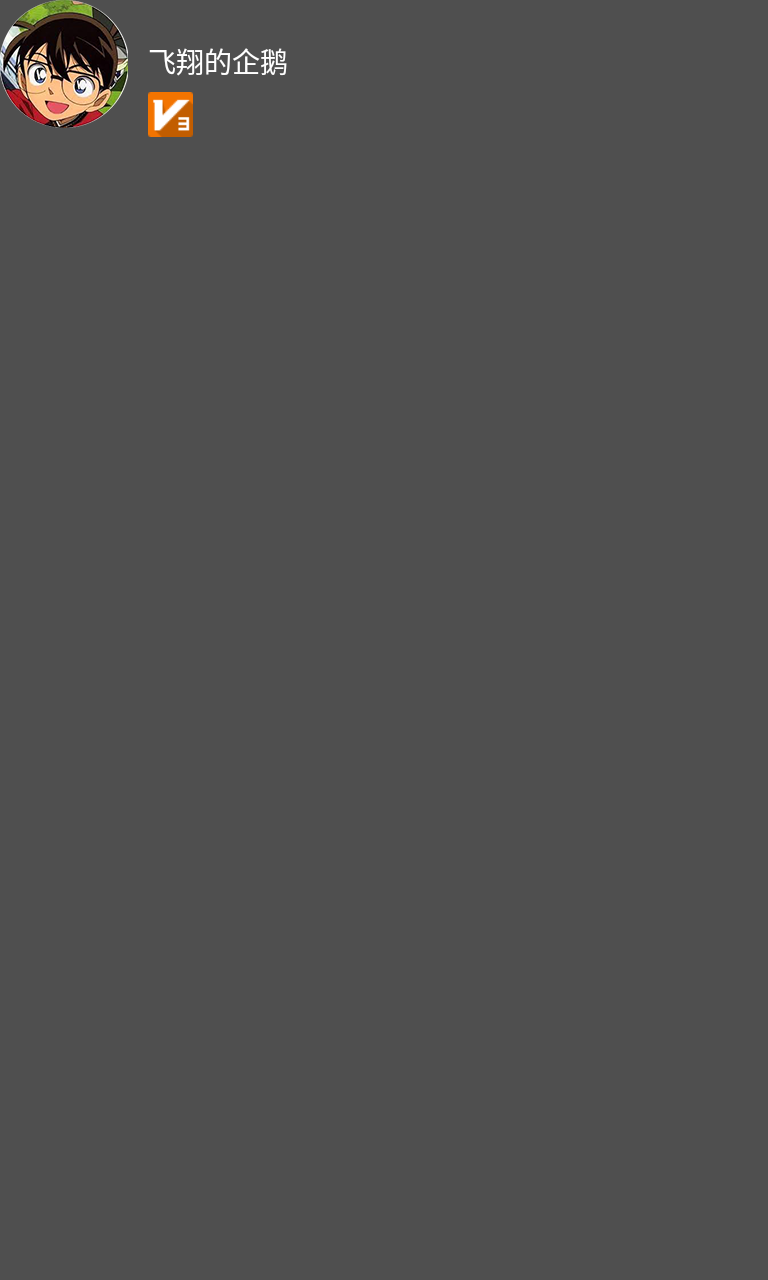
Repository: drugTang/PersonProject
Layout: myApp/res/layout/fragment_left_menu.xml
An editor plug-in stored every save of this project. The layout is shown before and after the next save, followed by the edit.
It is drawn on a 768 x 1280 px phone screen (xhdpi) without system bars, with theme AppTheme; the app's code is not run. Lists and similar views that code fills are empty.

Above is the layout before, as saved 2015-11-09 00:09:11.

After the next save:
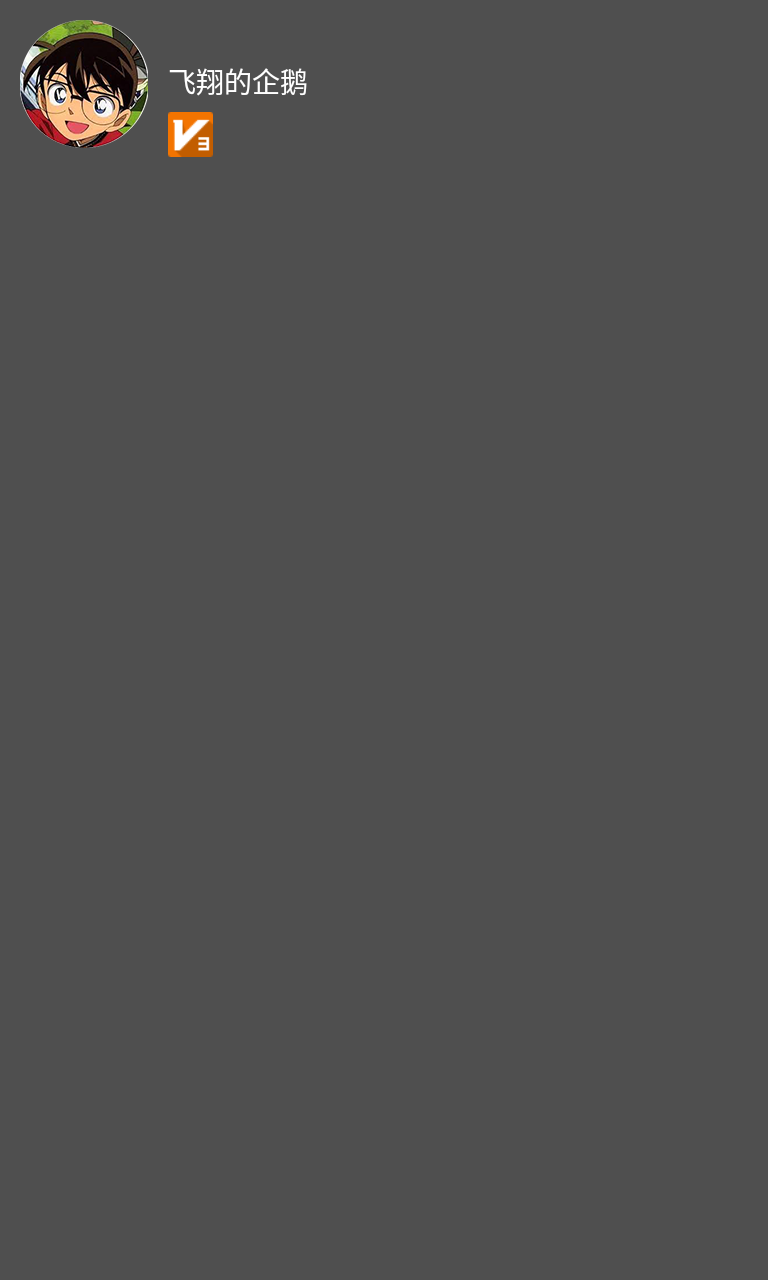
Saved 67 s later.
--- a/myApp/res/layout/fragment_left_menu.xml
+++ b/myApp/res/layout/fragment_left_menu.xml
@@ -7,7 +7,9 @@
 
     <RelativeLayout
         android:layout_width="match_parent"
-        android:layout_height="wrap_content" >
+        android:layout_height="wrap_content"
+        android:layout_marginLeft="10dp"
+        android:layout_marginTop="10dp" >
 
         <ImageButton
             android:id="@+id/ib_head"
